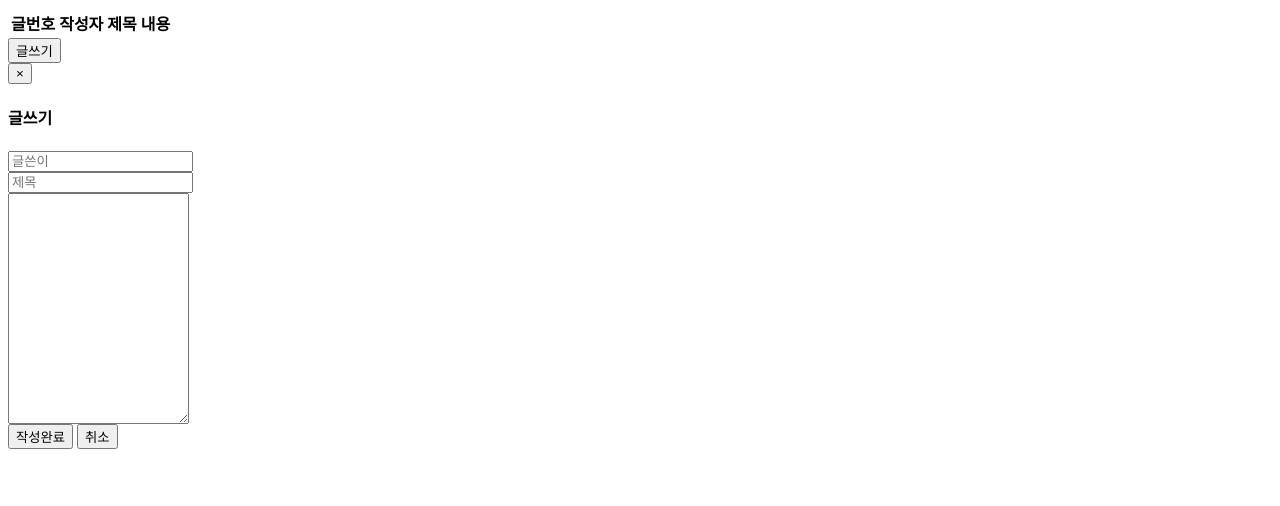
Repository: jjjikolpp/Developer
Page: http://localhost/myProject/include_normal_board.jsp
These files come from the project's save history. The page is drawn as it stood at one moment and after a run of saves; the edit follows.
The browser window is 1280 px wide. The pictures show the whole page.
The page is served by Tomcat 9. Nobody is signed in. The application's start-up code is not run. Other server files are loaded and not shown.

Above is the page before, as saved 2017-04-17 13:41:28.
Console error: ReferenceError: $ is not defined

### myProject/src/main/webapp/include_normal_board.jsp
<%@ page language="java" contentType="text/html; charset=UTF-8"
	pageEncoding="UTF-8"%>
<!DOCTYPE html PUBLIC "-//W3C//DTD HTML 4.01 Transitional//EN" "http://www.w3.org/TR/html4/loose.dtd">
<html>
<head>
<meta http-equiv="Content-Type" content="text/html; charset=UTF-8">
<title>Insert title here</title>
</head>
<script type="text/javascript">
	var title;
	var writer;
	var context;
	var nno;
	var pageNo = 1;  // 작은 현재 페이지
	var maxPageNum = 0; // 최대 페이지
	var pageSave = 1; //큰 현재 페이지
	var state;
	var countNo;

	//$(document).ready(normalViewAll());
	$(document).ready(count(1));
	function count(pageNo){

		console.log("pageNo : " +  pageNo);
		$.ajax({

			type : "get",
			url : "normal_count",
			dataType : "json",
			data : {pageNo : pageNo},
			success : function(data) {
				maxPageNum = data.maxPageNum;
				countNo = data.count;

			},
			error : function(error) {
				console.log("normal_count err");
			}
		});
		setTimeout( () => {
		normalViewAll(pageNo);

		}, 20);
	}

	function normalViewAll(pageNo) {
		$("#jsonId").empty();


		$.ajax({

			type : "get",
			url : "normal",
			dataType : "json",
			data : {pageNo : pageNo},
			success : function(jsonData) {
				//console.log("data loding success");
				var str = "";
				var list = jsonData.datas;
				//console.log(list.length);
				//$("#jsonId").empty();
				$(list).each(
						function(index, objArr) {
							var splitid = this.n_context.substring(0,3);
							//console.log(splitid);
							str += '<tr>';
							str += '<td class="col-sm-1">' + this.n_no + '</td>';
							str += '<td class="col-sm-2">' + this.n_writer + '</td>';
							str += '<td class="col-sm-3">' + this.n_title + '</td>';
							str += '<td class="col-sm-6">' + '<a href="#" onclick="selectShow('
									+ this.n_no + ')">' + splitid
									+ '<a>' + '</td>';
							str += '</tr>';
						});
				$("#jsonId").append(str)

				str = '';
				//str += '<div class = "row">';
				str += 'ㄴㄴㄴ';

				if (maxPageNum <= 10) {

					for (var a = 1; a <= maxPageNum; a++) {
						if (a  == pageNo) {
							str += a + "&nbsp";
						}else{
							str += '<a href="#" onclick="count('+ a + ')">' + a + '</a>' + '&nbsp';
						}
					}
				}else if(maxPageNum > 10){

					if (pageSave != Math.ceil(pageNo/10)) {
						pageSave = Math.ceil(pageNo/10);
					}

						console.log("pageSave : " +  pageSave);


					if(pageSave == 1){


						for (var a = 1; a <= 10; a++) {
							if (a  == pageNo) {
								str += a + "&nbsp";
							}else{
								str += '<a href="#" onclick="count('+ a + ')">' + a + '</a>' + '&nbsp';
							}
						}
						str += '<a href="#" onclick="count('+(pageNo + 1)+')">></a>' ;



					}else if(pageSave != 1){

						str += '<a href="#" onclick="count('+(pageNo - 1)+')"><</a>' ;
						if (pageSave != Math.ceil((countNo/3)/10)) {


						for (var a = 1; a <= 10; a++) {
							var checkNum = (pageSave-1).toString() + a;

							if (checkNum == pageNo) {
								if (a != 10) {
									str += checkNum + "&nbsp";
								}else{
									str += pageSave * 10 + "&nbsp";
								}
							}else{
								if (a != 10) {
									str += '<a href="#" onclick="count('+ checkNum + ')">' + checkNum + '</a>' + '&nbsp';
								}else{
									str += '<a href="#" onclick="count('+ pageSave * 10 + ')">' + pageSave * 10 + '</a>' + '&nbsp';
								}

							}

						}
						} // 작업중

						if (pageSave == Math.ceil((countNo/3)/10)) {
							var ccc =  Math.ceil(countNo/3) - 10 * (pageSave -1);
							for (var a = 1; a < ccc + 1; a++) {
								var checkNum = (pageSave-1).toString() + a;

								if (checkNum == pageNo) {
									if (a != 10) {
										str += checkNum + "&nbsp";
									}else{
										str += pageSave * 10 + "&nbsp";
									}
								}else{
									if (a != 10) {
										str += '<a href="#" onclick="count('+ checkNum + ')">' + checkNum + '</a>' + '&nbsp';
									}else{
										str += '<a href="#" onclick="count('+ pageSave * 10 + ')">' + pageSave * 10 + '</a>' + '&nbsp';
									}

								}
							}
							console.log("더이상의 페이지 없음 : " + ccc);
						}else{
							str += '<a href="#" onclick="count('+(pageNo + 1)+')">></a>';
						}
					}

					// 여기까지

				}

				str += "</div>";


				str += '검색';

				$("#jsonId").append(str);



			},
			error : function() {
				console.log("normal_board_error");
			}

		});
	}


	function insertOk() {
		writer = $("#insertWriter").val();
		title = $("#insertTitle").val();
		context = $("#insertText").val();
		var formData = [ writer, title, context ];

		console.log('insert 동작중');

		$.ajax({
			url : 'insertOk',
			dataType : 'json',
			type : 'POST',
			data : {
				writer : writer,
				title : title,
				context : context
			},
			success : function(stateData) {
				console.log(stateData);
				$("#jsonId").empty();
				normalViewAll("1");
			},
			error : function(error) {
				console.log(error);
			},
		});
		console.log('insert 동작 완료');

	}

	function selectShow(n_no) {
		$
				.ajax({
					url : 'selectNormal',
					dataType : 'json',
					type : 'GET',
					data : {
						n_no : n_no
					},
					success : function(jsonData) {
						nno = n_no;

						title = jsonData.n_title;
						writer = jsonData.n_writer;
						context = jsonData.n_context;
						var y = [ n_no, title, writer, context ];

						var str = "";
						str += '<button type="button" class="close" data-dismiss="modal">&times;</button>';

						str += '<div class="col-sm-9">';
						str += '<h4 class="modal-title">' + n_no + '번글</h4>'; // 1번호 작업
						str += '</div>';
						str += '<div class="col-sm-9" id="insertWriter">';
						str += '글쓴이 : ' + jsonData.n_writer;
						str += '</div></div>';

						str += '<div class="col-sm-9" id="insertTitle">';
						str += '제목 : ' + jsonData.n_title;
						str += '</div>';

						$("#modalTitle").html(str);

						str = "";
						str += '<div id="updateContext">'+jsonData.n_context+'</div>';

						$("#modalBody").html(str);

						str = "";

						str += '<button type="button" onclick="updateGo('
								+ n_no + ')"';
						str += 'class="btn btn-default">수정하러 가기</button>';
						str += '<button type="button" onclick="deleteGo('
								+ n_no + ')"';
						str += 'class="btn btn-default" data-dismiss="modal">글삭제</button>';

						str += '<button type="button" class="btn btn-default" data-dismiss="modal">취소</button>';

						$("#modalFooter").html(str);

						//modal을 띄워준다.

						$("#myModal").modal('show');

					},
					error : function(error) {
						console.log(error);
					},
				});

	}

	function updateGo(n_no) {
		state = 2;
		str = "";

		str += '<button type="button" class="close" data-dismiss="modal">&times;</button>';
		str += '<h4 class="modal-title">' + n_no + '번글 수정하기</h4>';
		str += '<div class="col-sm-3">';
		str += '<input class="form-control" id="insertWriter" name="name" type="text" placeholder="'+writer+'" value="'+writer+'" >';
		str += '</div>';
		str += '<div class="col-sm-9"><input type="text" class="form-control" id="insertTitle" placeholder="'+title+'" value="'+title+'"></div>';

		$("#modalTitle").html(str);

		str = "";

		str += '<textarea class="form-control" rows="15" id="insertText">'
				+ context + '</textarea>';

		$("#modalBody").html(str);

		str = '<button type="button" onclick="insertCheck('+state+');" class="btn btn-default" data-dismiss="modal">수정하기</button> <button type="button" class="btn btn-default" data-dismiss="modal">취소</button>';

		$("#modalFooter").html(str);
	}

	function updateOk() {
		title = $("#insertTitle").val();
		writer = $("#insertWriter").val();
		context = $("#insertText").val();
		console.log("title : " + title + ", writer : " + writer + ", context : " + context)

		$.ajax({
			url : 'updateOk',
			dataType : 'json',
			type : 'POST',
			data : {
				n_no : nno,
				title : title,
				writer : writer,
				context : context
			},
			success : function(data) {
				if (data.state == "UpdateCheckOk") {
					console.log("update 완료");
					$("#jsonId").empty();
					normalViewAll(1);
				} else if (data.state == "UpdateCheckNo") {
					console.log("update 실패")
				} else {
					console.log("updateOk() err")
				}
			},
			error : function(error) {

			}
		});

	};

	function deleteGo(n_no) {
		$.ajax({
			url : "deleteGo",
			method : "get",
			data : {
				n_no : n_no
			},
			dataType : "json",
			success : function(data) {
				if (data.state = "DeleteOk") {
					console.log("삭제 완료")
				} else if (data.state = "DeleteNo") {
					console.log("삭제 실패")
				} else {
					console.log("DeleteGo Controller err")
				}
			},
			error : function(error) {
				console.log("deleteGo err : " + error)
			}
		});
		$("#jsonId").empty();
		setTimeout("normalViewAll()", 30);

	}

	function getTextLength(str) { // 문자열 길이
        var len = 0;
        for (var i = 0; i < str.length; i++) {
            if (escape(str.charAt(i)).length == 6) {
                len++;
            }
            len++;
        }
        return len;
    }


	function insertCheck(state) { // 여기하는중
		//alert(getTextLength($("#insertWriter").val()));
		if ($.trim($("#insertWriter").val()) == "") {
			str = "";

			str += '<button type="button" class="close" data-dismiss="modal">&times;</button>';
			str += '<h4 class="modal-title">글쓰기</h4>';
			str += '<div class="col-sm-3 has-error">';
			str += '<input class="form-control" id="insertWriter" name="name" type="text" placeholder="글쓴이">';
			str += '<span class="glyphicon glyphicon-remove form-control-feedback"></span>';
			str += '</div>';
			str += '<div class="col-sm-9">';
			str += '<input type="text" class="form-control" id="insertTitle" placeholder="제목">';
			str += '</div>';

			$("#modalTitle").html(str);

			$('#myModal').modal({
				remote : 'modal.html'
			});

		} else if ($.trim($("#insertTitle").val()) == "") {
			var writer = $("#insertWriter").val();

			str = "";

			str += '<button type="button" class="close" data-dismiss="modal">&times;</button>';
			str += '<h4 class="modal-title">글쓰기</h4>';
			str += '<div class="col-sm-3">';
			str += '<input class="form-control" id="insertWriter" name="name" type="text" placeholder="글쓴이" value="'+writer+'">';
			str += '</div>';
			str += '<div class="col-sm-9 has-error">';
			str += '<input type="text" class="form-control" id="insertTitle" placeholder="제목">';
			str += '<span class="glyphicon glyphicon-remove form-control-feedback"></span>';
			str += '</div>';

			$("#modalTitle").html(str);

			//
			$('#myModal').modal({
				remote : 'modal.html'
			});

		} else if ($.trim($("#insertText").val()) == "") {

			str = "";
			str += '<div class="has-error">';
			str += '<span class="glyphicon glyphicon-remove form-control-feedback"></span>';
			str += '<textarea class="form-control " rows="15" id="insertText" placeholder="내용이 있어야 합니다"></textarea>';

			str += '</div>';
			$("#modalBody").html(str);
			$('#myModal').modal({
				remote : 'modal.html'
			});

		} else {
			if (state == 1) {
				insertOk();

			}else if (state == 2){
				updateOk();
			}else {
				alert("insert / update Check err")
				return;
			}
			$('#myModal').modal('hide');
		}
	}

	function writeView() {
		state = "1";
		var str = "";

		str += '<button type="button" class="close" data-dismiss="modal">&times;</button>';
		str += '<h4 class="modal-title">글쓰기</h4>';
		str += '<div class="col-sm-3">';
		str += '<input class="form-control" id="insertWriter" name="name" type="text" placeholder="글쓴이">';
		str += '</div>';
		str += '<div class="col-sm-9">';
		str += '<input type="text" class="form-control" id="insertTitle" placeholder="제목">';
		str += '</div>';

		$("#modalTitle").html(str);

		str = "";

		str += '<textarea class="form-control " rows="15" id="insertText"></textarea>';

		//
		$("#modalBody").html(str);

		str = "";

		str += '<button type="button" onclick="insertCheck('+state+')" class="btn btn-default" >작성완료</button>';
		str += '<button type="button" class="btn btn-default" data-dismiss="modal">취소</button>';

		str += '</div>';

		$("#modalFooter").html(str);
		$("#myModal").modal('show');

	}
</script>
<body>
	<div class="container bg-3 normal_board">
		<table class="table">
			<thead>
				<!-- 작업2중 -->
				<tr>
					<th>글번호</th>
					<th>작성자</th>
					<th>제목</th>
					<th>내용</th>
				</tr>
			</thead>
			<tbody id="jsonId">


			</tbody>

		</table>

		<!-- Trigger the modal with a button -->
		<button type="button" class="btn btn-default" onclick="writeView()">글쓰기</button>

		<!-- Modal -->
		<div id="myModal" class="modal fade" role="dialog">
			<div class="modal-dialog">

				<!-- Modal content-->
				<div class="modal-content">
					<div class="modal-header" id="modalTitle">
						<button type="button" class="close" data-dismiss="modal">&times;</button>
						<h4 class="modal-title">글쓰기</h4>
						<div class="col-sm-3">
							<input class="form-control" id="insertWriter" name="name"
								type="text" placeholder="글쓴이">
						</div>
						<div class="col-sm-9">
							<input type="text" class="form-control" id="insertTitle"
								placeholder="제목">
						</div>
					</div>
					<div class="modal-body" id="modalBody">
						<textarea class="form-control" rows="15" id="insertText"></textarea>
					</div>
					<div class="modal-footer" id="modalFooter">
						<button type="button" onclick="insertOk();"
							class="btn btn-default" data-dismiss="modal">작성완료</button>
						<button type="button" class="btn btn-default" data-dismiss="modal">취소</button>
					</div>
				</div>

			</div>
		</div>




	</div>
	<script type="text/javascript">

	</script>


</body>
</html>

After the next 2 saves:
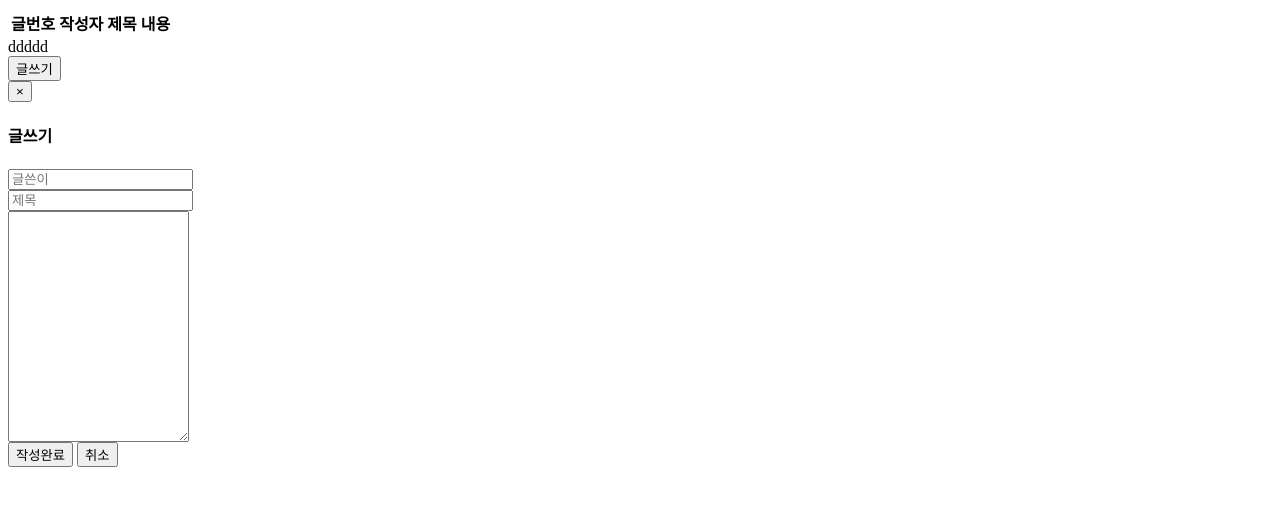
The 2 saves are shown as one change because they came seconds apart.
The last was saved 87 s later.
--- a/myProject/src/main/webapp/include_normal_board.jsp
+++ b/myProject/src/main/webapp/include_normal_board.jsp
@@ -497,6 +497,7 @@
 			</tbody>
 
 		</table>
+		<div class="">ddddd</div>
 
 		<!-- Trigger the modal with a button -->
 		<button type="button" class="btn btn-default" onclick="writeView()">글쓰기</button>

After the 5 saves that followed:
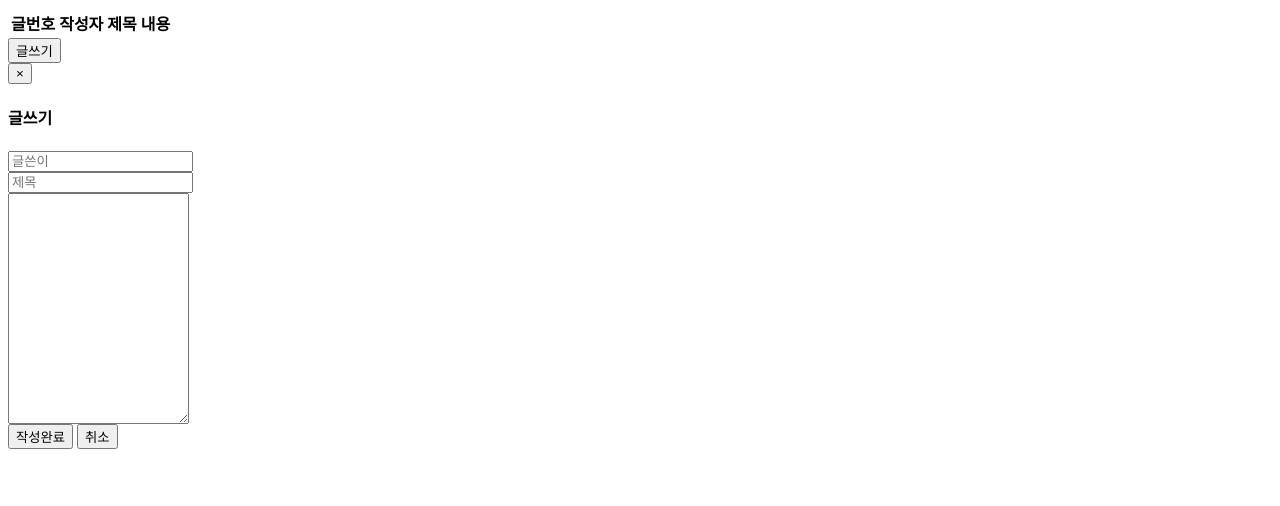
The 5 saves are shown as one change because 4 left the picture as it was.
The last was saved 2 min 5 s later.
--- a/myProject/src/main/webapp/include_normal_board.jsp
+++ b/myProject/src/main/webapp/include_normal_board.jsp
@@ -75,8 +75,6 @@
 				$("#jsonId").append(str)
 
 				str = '';
-				//str += '<div class = "row">';
-				str += 'ㄴㄴㄴ';
 
 				if (maxPageNum <= 10) {
 
@@ -92,9 +90,6 @@
 					if (pageSave != Math.ceil(pageNo/10)) {
 						pageSave = Math.ceil(pageNo/10);
 					}
-
-						console.log("pageSave : " +  pageSave);
-
 
 					if(pageSave == 1){
 
@@ -172,7 +167,7 @@
 
 				str += '검색';
 
-				$("#jsonId").append(str);
+				$("#normal_board_under").append(str);
 
 
 
@@ -497,7 +492,7 @@
 			</tbody>
 
 		</table>
-		<div class="">ddddd</div>
+		<div class="row" id="normal_board_under"></div>
 
 		<!-- Trigger the modal with a button -->
 		<button type="button" class="btn btn-default" onclick="writeView()">글쓰기</button>
